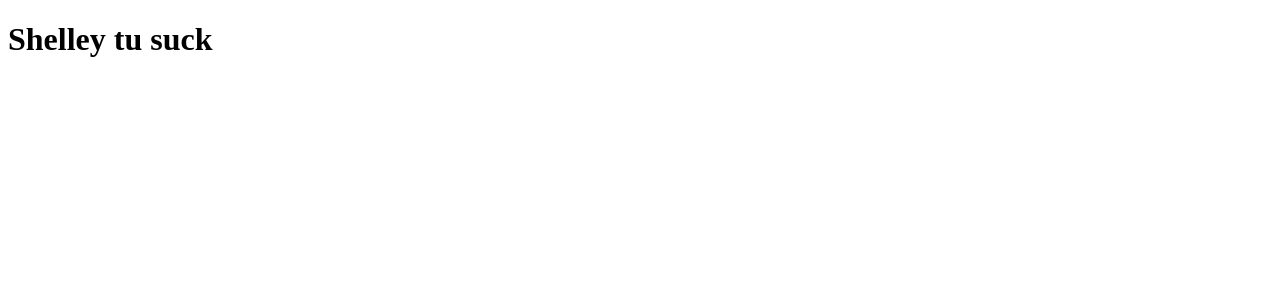
Repository: AustinDidierTran/FQU
Page: http://localhost/
The author's editor kept a record of every edit. The page is drawn from the files as they stood at one moment, then again after the next edit.
The browser window is 1280 px wide. The pictures show the whole page.
The page is served by the project's Node server (server.js).

Above is the page before.

### views/index.jade
doctype
html
    head
        title FQU - Gestion des résultats
        link(rel="stylesheet", href="/../public/vendor/bootstrap/dist/css/bootstrap.css")
        //base(href="/")
    body
        h1 Shelley tu suck
        //ul(class="nav nav-pills" role="tablist")
          //  li
            //    a(href="/") Cocotte
        //script(type="text/javascript", src="/vendor/bootstrap/dist/js/bootstrap.js")

### server.js
var express = require('express'),
    app = express(),
    path = require('path'),
    rootPath = path.normalize(__dirname);

var port = process.env.PORT || 80;

app.set('view engine', 'jade');

app.use(express.static(rootPath + '/public'));

app.get('*', function(req, res){
   res.render('index');
});

app.listen(port);

After the next edit:
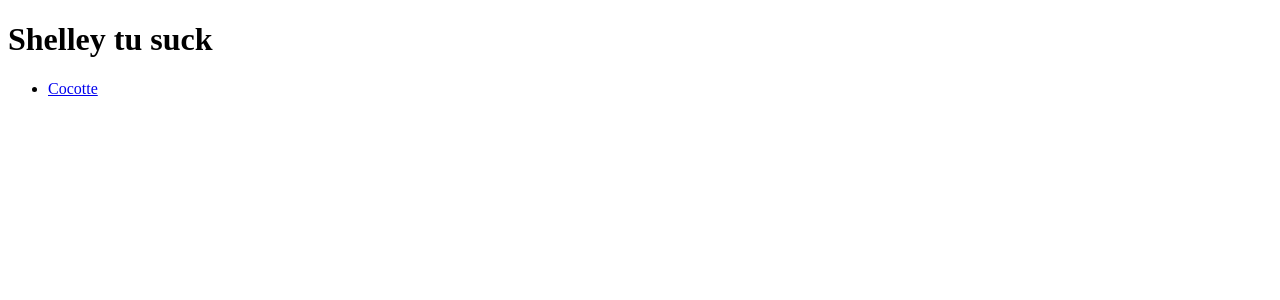
The edit:
--- a/views/index.jade
+++ b/views/index.jade
@@ -6,7 +6,7 @@
         //base(href="/")
     body
         h1 Shelley tu suck
-        //ul(class="nav nav-pills" role="tablist")
-          //  li
-            //    a(href="/") Cocotte
+        ul(class="nav nav-pills" role="tablist")
+            li
+                a(href="/") Cocotte
         //script(type="text/javascript", src="/vendor/bootstrap/dist/js/bootstrap.js")
